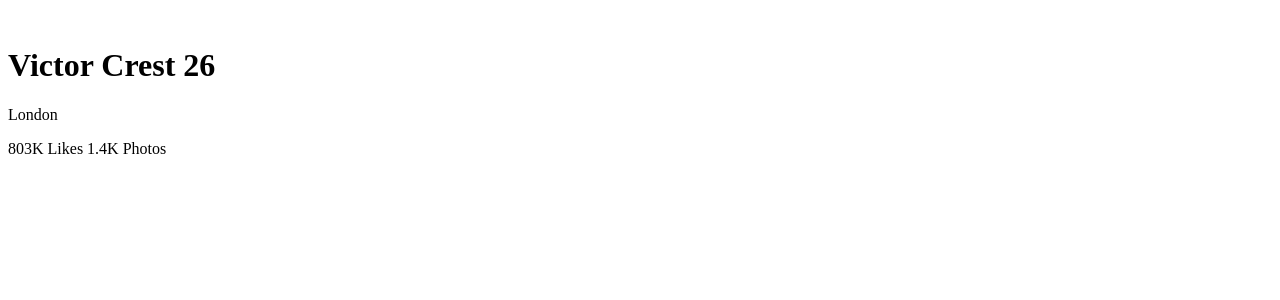
Repository: shayanabedi98/profile-card-component
Page: index.html
These files come from the project's save history. The page is drawn as it stood at one moment and after the next save; the edit follows.
The browser window is 1280 px wide. The pictures show the whole page.

Above is the page before, as saved 2023-09-27 11:46:53.

After the next save:
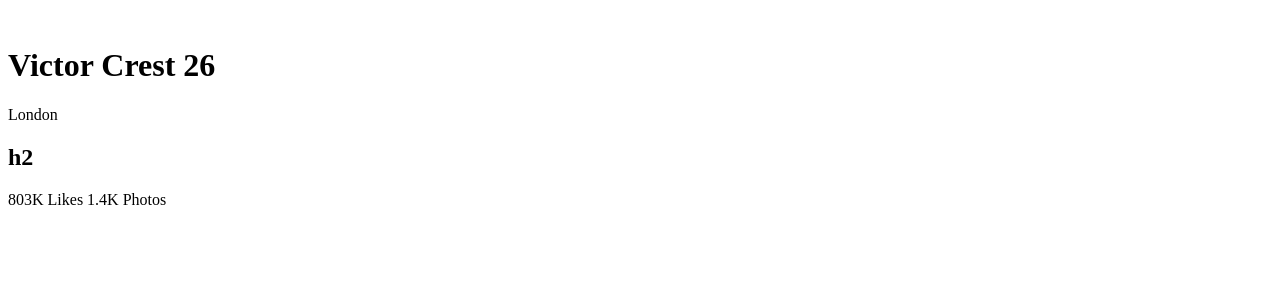
Saved 17 s later.
--- a/index.html
+++ b/index.html
@@ -19,7 +19,7 @@
         <p>London</p>
       </div>
       <div class="stats">
-
+        <h2>h2</h2>
       </div>
     </div>
   </div>
